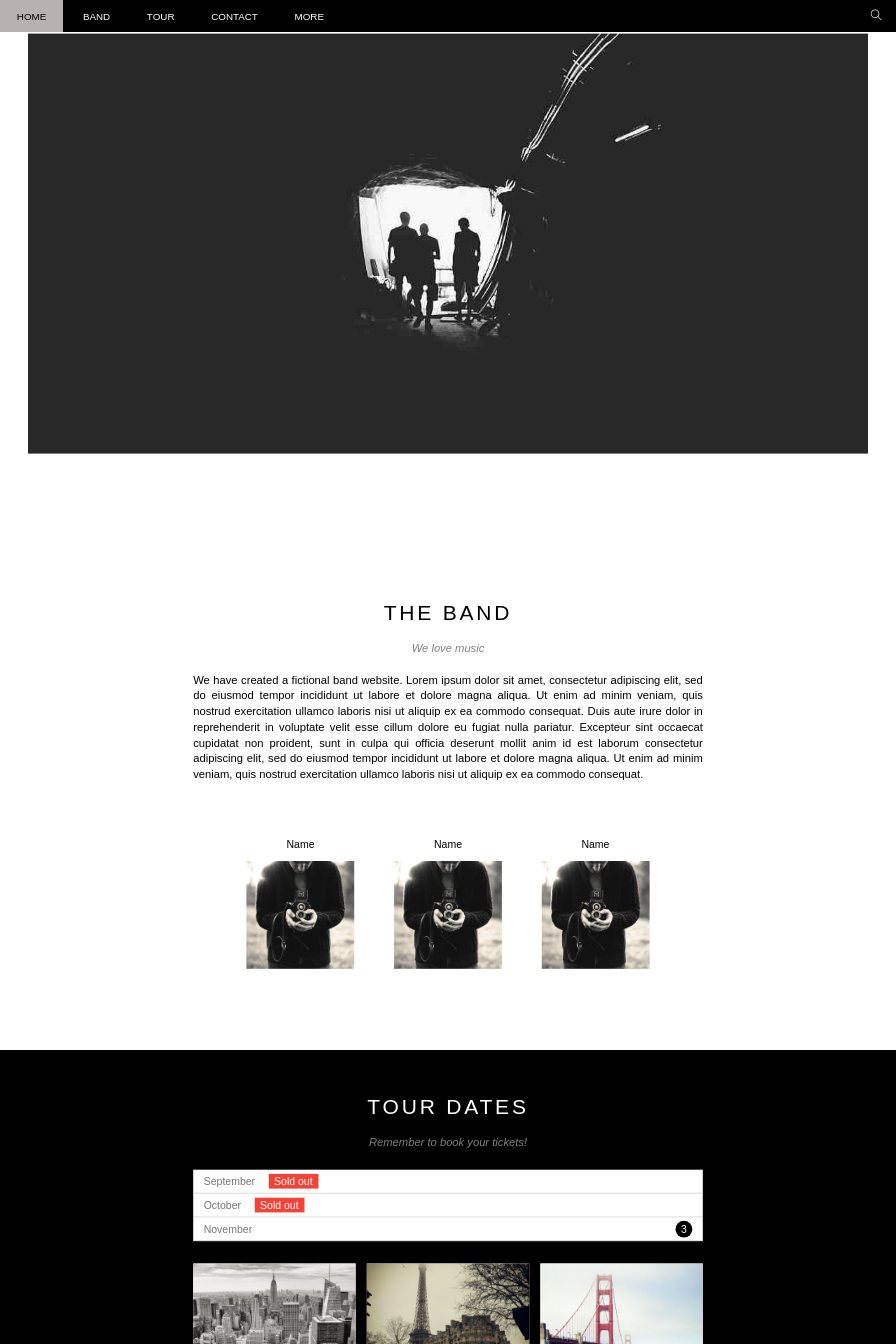
Repository: phamquy01/the-band
Page: index.html
These files come from the project's save history. The page is drawn as it stood at one moment and after the next save; the edit follows.
The browser window is 1280 px wide. The pictures show the part of the page from y = 0 to 1920 px (the page is 3613 px tall before and 3653 px after), at 70% of full size.

Above is the page before, as saved 2022-04-21 14:42:16.

After the next save:
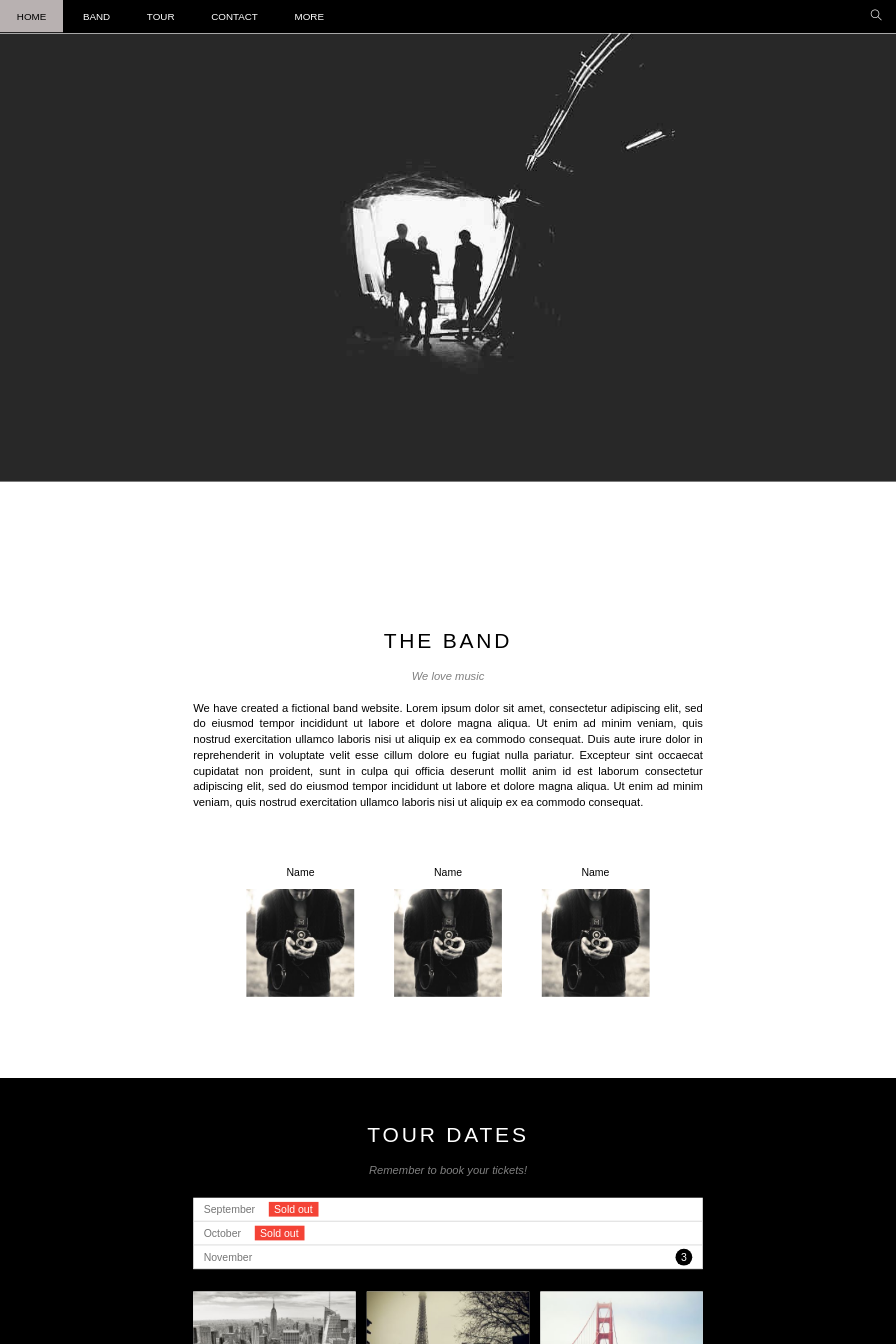
Saved 21 s later.
--- a/assets/css/style.css
+++ b/assets/css/style.css
@@ -116,6 +116,11 @@
   width: 100%;
   margin: 48px 0;
 }
+.text-content img {
+  width: 100%;
+  height: 100%;
+  object-fit: cover;
+}
 .text-heading {
   margin: 25px 0;
   font-size: 24px;
